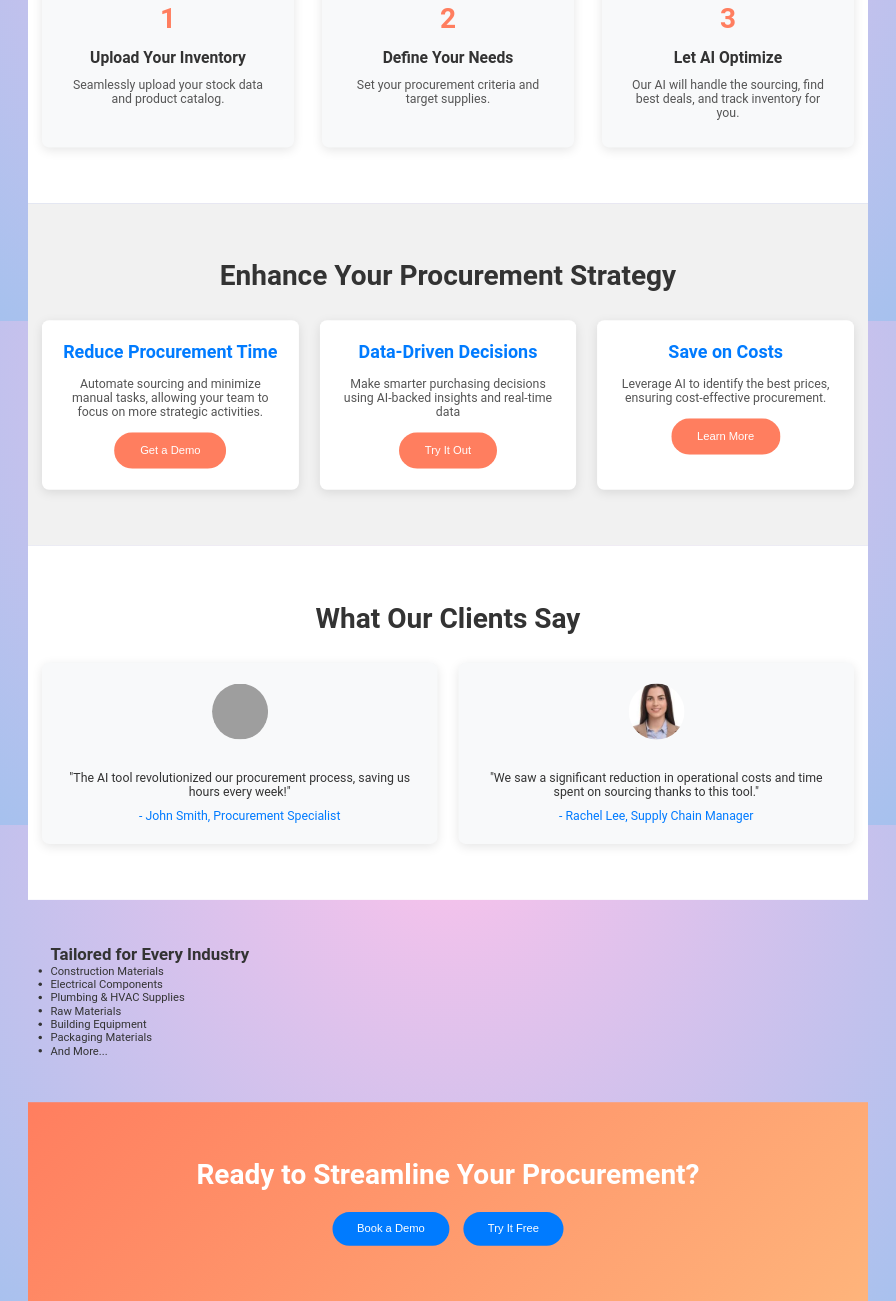
Repository: aabhashbasnet/SSNCorporation
Page: /who-we-serve/suppliers
The author's editor kept a copy of each file at every save. The page is drawn from the files as they stood at one save, then again after the next save.
The browser window is 1280 px wide. The pictures show the part of the page from y = 982 to 2902 px (the page is 2841 px tall before and 2902 px after), at 70% of full size.
Pictures or frames that could not be fetched are drawn as grey boxes. The project was rebuilt for these pictures with package versions that can differ from the ones it lists, and the page was loaded fresh each time. Also part of the build but not shown: src/components/Main/Main.jsx, src/components/Working/Working.css, src/components/Working/Working.jsx, src/components/Footer/Footer.jsx, src/pages/OurMission/OurMission.jsx, src/pages/LoginSignUp/LoginSignUp.css, src/pages/LoginSignUp/LoginSignUp.jsx, src/pages/Industries/Industries.jsx and 10 more.

Above is the page before, as saved 2025-02-11 14:28:23.

After the next save:
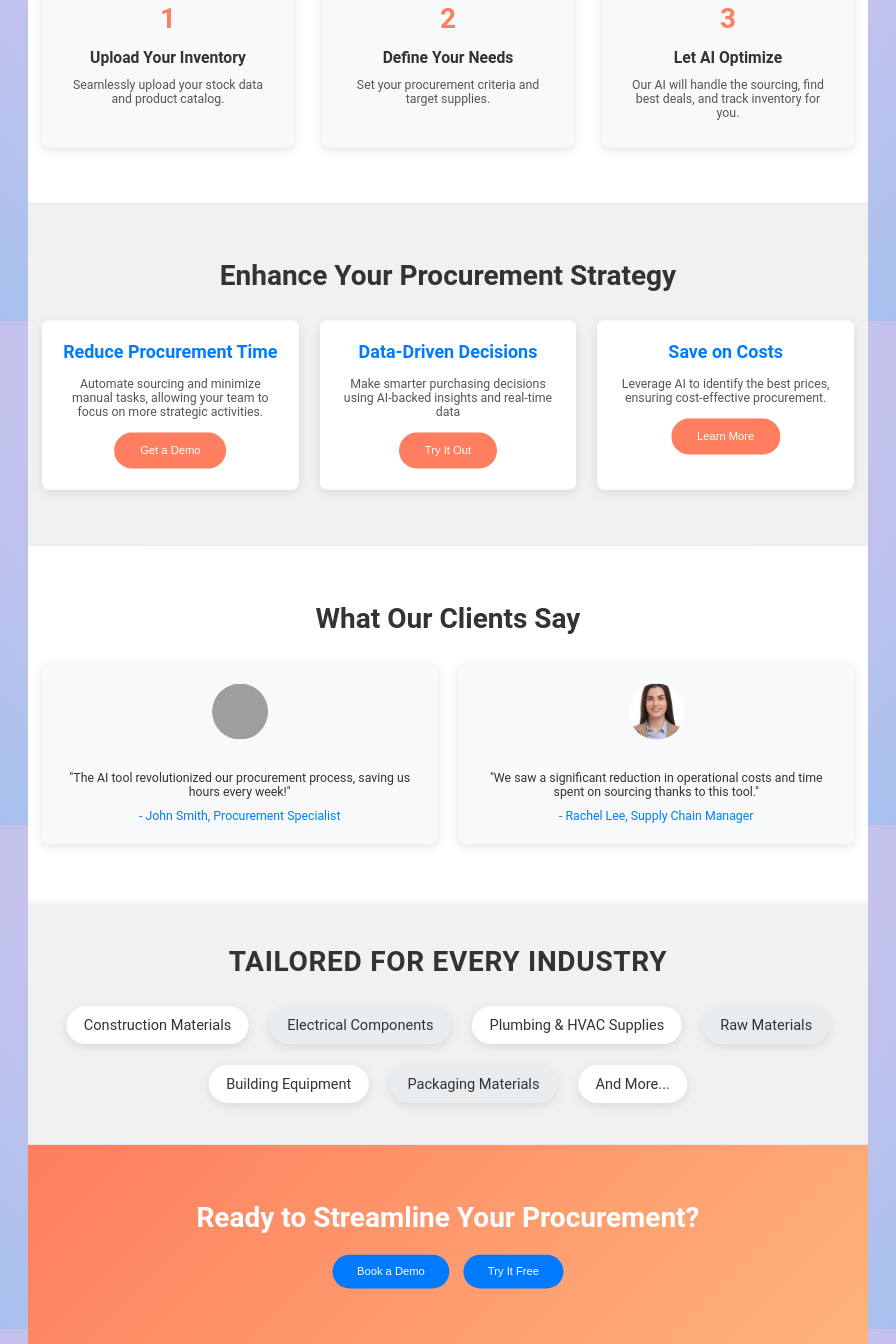
Saved 3 min 9 s later.
--- a/src/pages/WhoWeServe/Suppliers.jsx
+++ b/src/pages/WhoWeServe/Suppliers.jsx
@@ -109,7 +109,7 @@ const Suppliers = () => {
         </div>
       </section>
 
-      <section className="trades">
+      <section className="categories">
         <h2>Tailored for Every Industry</h2>
         <ul>
           <li>Construction Materials</li>
